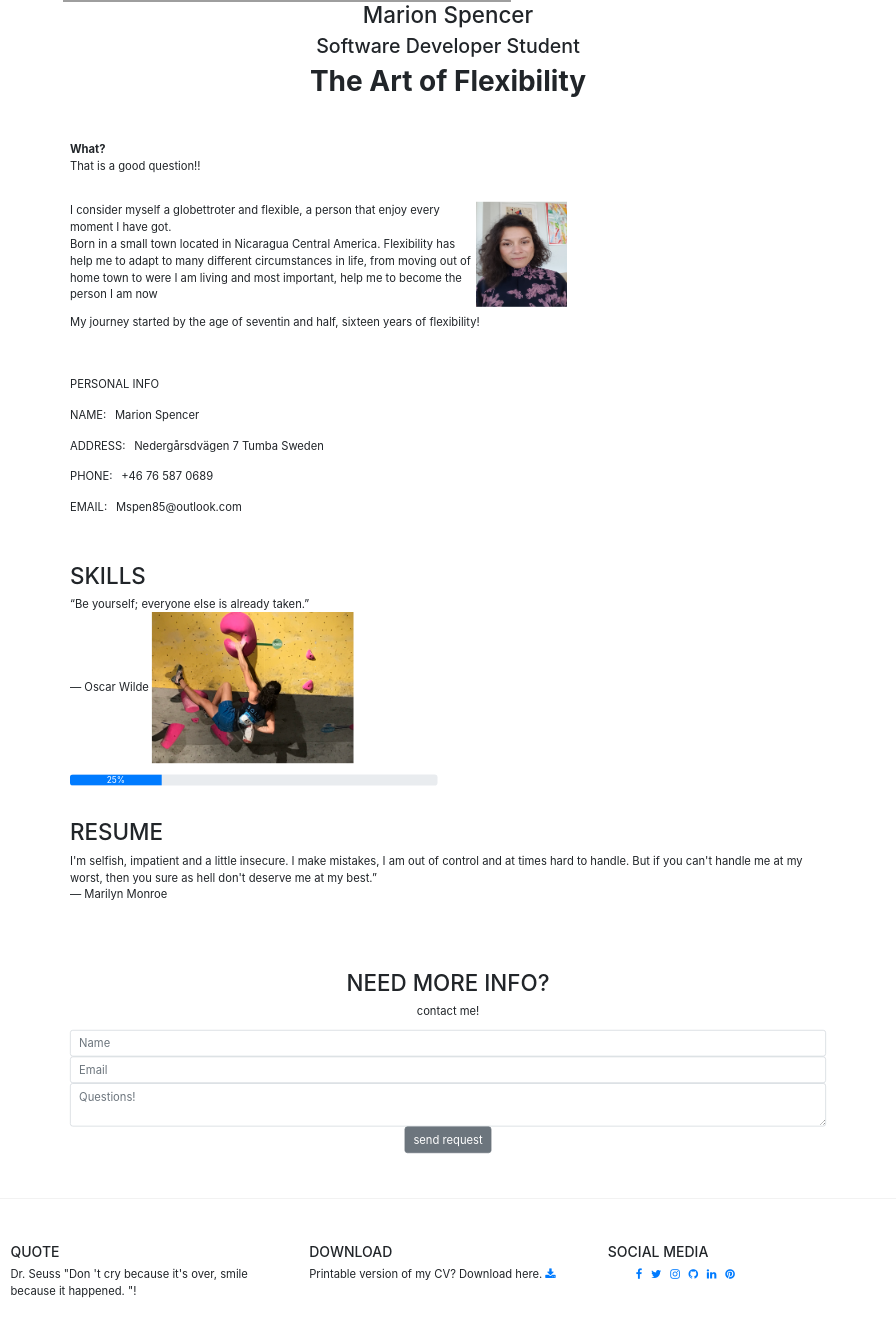
Repository: Dbyu85/m-spenc
Page: index.html
The author's editor kept a record of every edit. The page is drawn from the files as they stood at one moment, then again after the next edit.
The browser window is 1280 px wide. The pictures show the part of the page from y = 566 to 2486 px (the page is 2486 px tall before and 2112 px after), at 70% of full size.
Pictures or frames that could not be fetched are drawn as grey boxes. Some web fonts or font styles are not loaded; a fallback is used.

Above is the page before.

After the next edit:
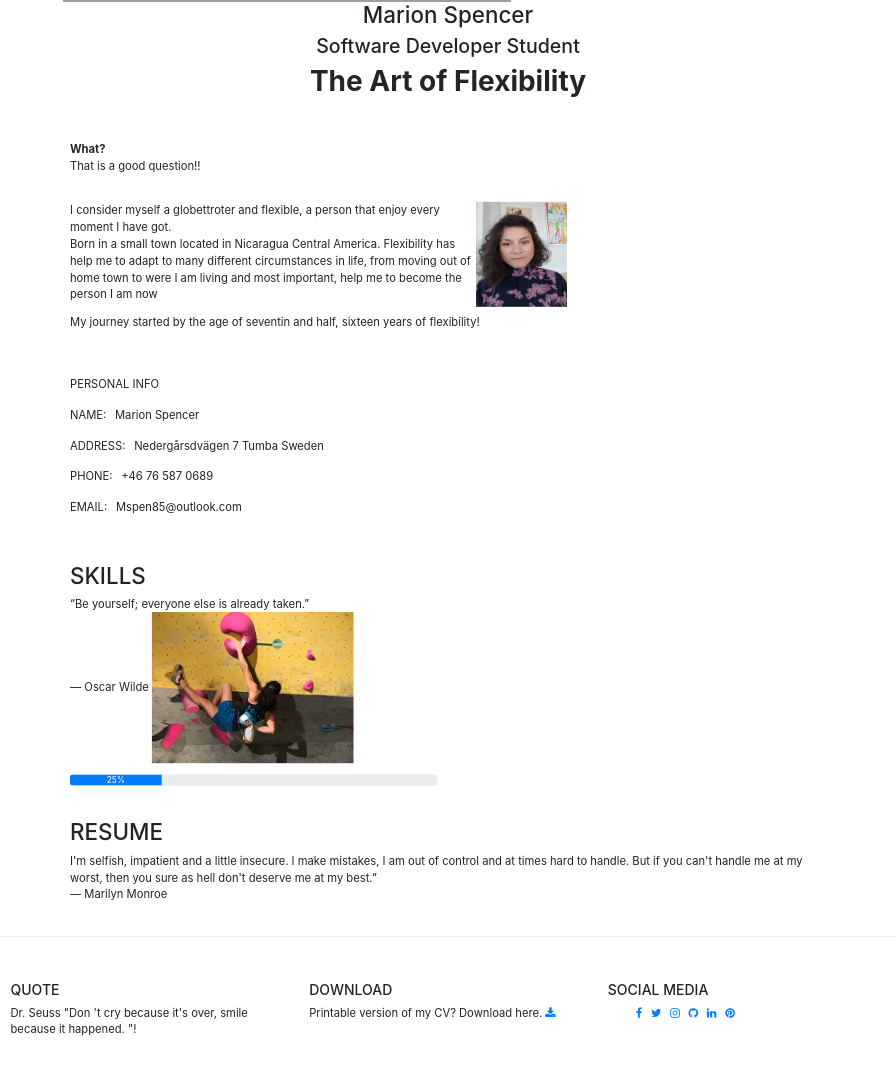
The edit:
--- a/index.html
+++ b/index.html
@@ -139,28 +139,7 @@
             </div>
         </section>
 
-        <!--------------------------------------contact-->
-        <section class="container-fluid contact">
-            <div class="row">
-                <div class="col-12 my-5 about ">
-                    <h2 class="about text-uppercase text-center ">need more info?</h2>
-                    <p class="text-center">contact me!</p>
-                    <div class="center-form">
-                        <form>
-                            <input type="text" name="name" id="fullname" class="form-control" placeholder="Name" required/>
-                            <input type="email" name="email" id="emailaddress" class="form-control" placeholder="Email" required/>
-                            <textarea row="5" name="questions!" id="questions" class="form-control" placeholder="Questions!" required></textarea>
-                            <div class="form-row text-center">
-                                <div class="col">
-                                    <button type="submit" class="btn btn-secondary">send request</button>
-                                </div>
-
-                            </div>
-                        </form>
-                    </div>
-                </div>
-            </div>
-        </section>
+
 
     </article>
     <hr>
